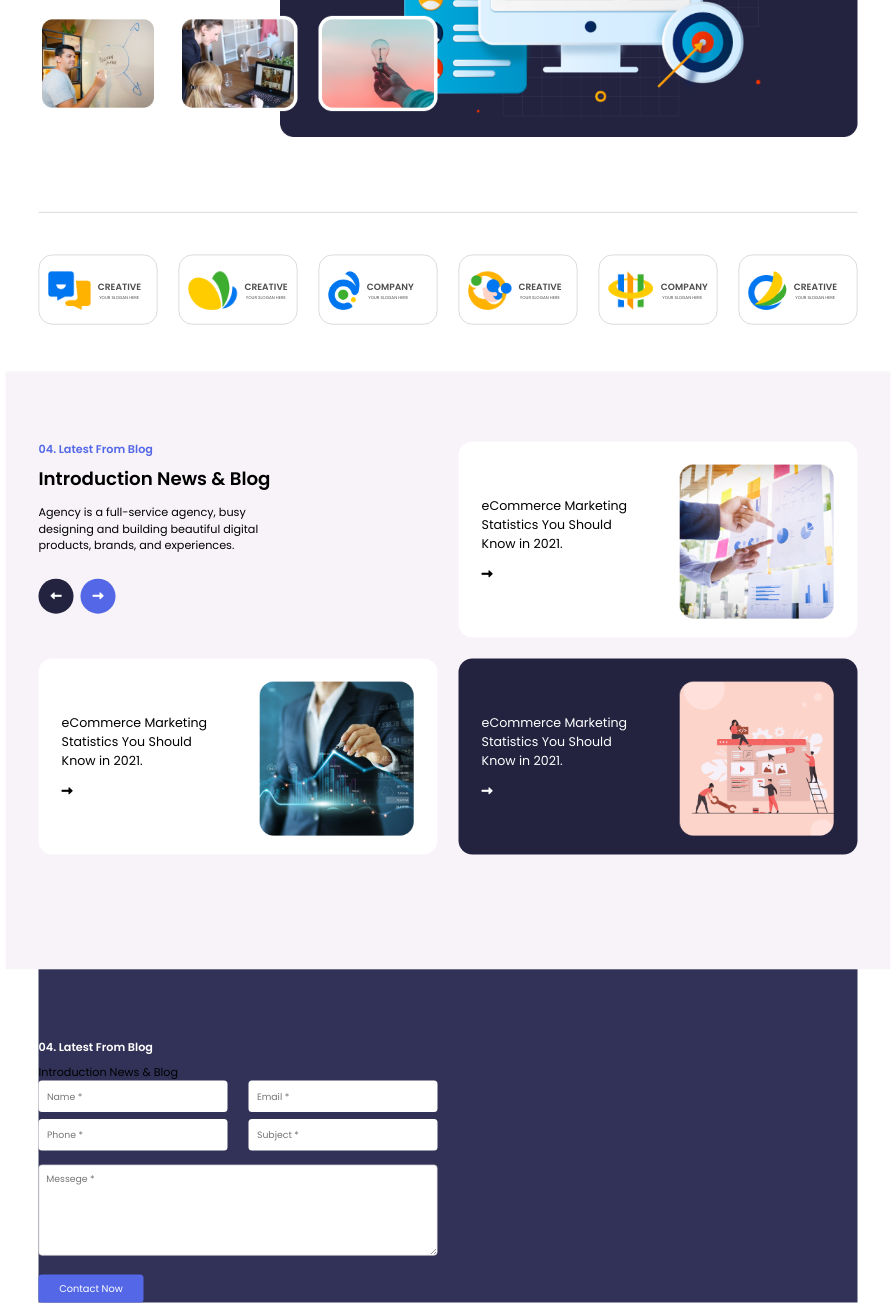
Repository: tranchi0120/LangdingPage-Htmlcss-Ago
Page: index.html
These files come from the project's save history. The page is drawn as it stood at one moment and after the next save; the edit follows.
The browser window is 1280 px wide. The pictures show the part of the page from y = 2964 to 4884 px (the page is 4833 px tall before and 4884 px after), at 70% of full size.
Some web libraries are served in a nearby version. The style sheet was rebuilt from its Sass, Less or Tailwind sources for each picture, by a compiler version that may differ from the author's.

Above is the page before, as saved 2022-07-15 10:33:33.

### index.html
<!DOCTYPE html>
<html lang="en">

<head>
    <meta charset="UTF-8" />
    <meta http-equiv="X-UA-Compatible" content="IE=edge" />
    <meta name="viewport" content="width=device-width, initial-scale=1.0" />
    <title>Ago</title>
    <!-- css -->
    <link rel="stylesheet" href="./css/app.css" />
    <!-- google font  -->
    <link rel="preconnect" href="https://fonts.googleapis.com" />
    <link rel="preconnect" href="https://fonts.gstatic.com" crossorigin />
    <link href="https://fonts.googleapis.com/css2?family=Poppins:wght@400;600&display=swap" rel="stylesheet" />
    <!-- google icon awaresome -->
    <link rel="stylesheet" href="https://cdnjs.cloudflare.com/ajax/libs/font-awesome/6.1.1/css/all.min.css">
    <!-- sass ./sass/app.scss ./css/app.css --watch -->
</head>

<body>
    <header class="header">
        <div class="header-top container">
            <span class="header-top-title">
                Welcome to Ago! Building Creative Business Agency
            </span>
            <div class="header-top-right">
                <div class="header-login">
                    <i class="fa-solid fa-user"></i>
                    <a href="#!" style="color:#666666">Login</a>
                </div>
                <div class="header-nation">
                    <i class="fa-solid fa-globe"></i>
                    <span class="header-language">English</span>
                    <i class="fa-solid fa-angle-down"></i>
                </div>
            </div>
        </div>
        <div class="header-line">
        </div>
        <div class="header-under container">
            <div class="header-under-logo">
                <div class="header-under-image">
                    <img class="header-under-img" src="./images/logo.png" alt="#">
                </div>
                <span class="header-under-name">Ago</span>
            </div>
            <div class="header-menu">
                <ul class="menu">
                    <li class="menu-item">
                        <a href="#" class="menu-link">Home</a>
                    </li>
                    <li class="menu-item">
                        <a href="#" class="menu-link">Features</a>
                        <i class="fa-solid fa-angle-down"></i>
                    </li>
                    <li class="menu-item">
                        <a href="#" class="menu-link">Services</a>
                    </li>
                    <li class="menu-item">
                        <a href="#" class="menu-link">Pages</a>
                    </li>
                    <li class="menu-item">
                        <a href="#" class="menu-link">Blog</a>
                    </li>
                    <li class="menu-item">
                        <a href="#" class="menu-link">Support</a>
                    </li>
                </ul>
                <div class="menu-button">
                    <i class="fa-solid fa-magnifying-glass menu-icon"></i>
                    <div class="button">Contact Us</div>
                </div>
            </div>
        </div>
    </header>
    <main>
        <section class="hero">
            <div class="container">
                <div class="hero-main">
                    <div class="hero-left">
                        <div class="hero-title">
                            Trusted Professional Service.
                        </div>
                        <span class="hero-content">
                            Ago is a full-service agency, busy designing and building beautiful digital products,
                            brands, and
                            experiences.
                        </span>
                        <div class="hero-button">
                            <div class="button">Recent Work</div>
                        </div>
                        <div class="hero-down">
                            <div class="hero-icondown">
                                <i style="color:#ffffff ;" class="fa-solid fa-arrow-down"></i>
                            </div>
                            <p class="hero-scroll">
                                Scroll Down
                            </p>
                        </div>
                    </div>
                    <div class="hero-right">
                        <img src="./images/hero.png" alt="#">
                    </div>
                </div>
            </div>
        </section>
        <section class="about">
            <div class="container">
                <div class="about-main">
                    <div class="about-images">
                        <img src="./images/about1.png" alt="#" class="about-img1">
                        <img src="./images/about2.png" alt="#" class="about-img2">
                        <img src="./images/about3.png" alt="#" class="about-img3">
                    </div>
                    <div class="about-us">
                        <h5 class="about-number">
                            01. About Us
                        </h5>
                        <div class="about-title">
                            We Make Designs that Lead and Inpire.
                        </div>
                        <div class="about-name">
                            A design team building a created
                            marketplace for UI designers.
                        </div>
                        <div class="about-content">
                            2,360 curated design resources to energize your creative workflow. We're a growing family of
                            682,268 designers and makers from around the world
                        </div>
                        <div class="menu-button">
                            <div class="button">Contact Us</div>
                        </div>
                    </div>
                </div>
            </div>
        </section>
        <section class="interactive">
            <div class="container">
                <div class="interactive-main">
                    <h5 class="interactive-number">
                        02. What We Do
                    </h5>
                    <div class="interactive-title">
                        <span class="interactive-name">
                            We Make Designs that Lead and Inpire.
                        </span>
                        <i class="fa-solid fa-left-long interactive-iconleft"></i>
                        <i class="fa-solid fa-right-long"></i>
                    </div>
                    <div class="interactive-group">
                        <div class="interactive-box">
                            <div class="row-circle">
                                <img class="row-img" src="./images/row1.png" alt="#">
                                <h2 class="row-number">
                                    26k
                                </h2>
                                <span class="row-title">
                                    Happy Clients
                                </span>
                            </div>
                            <div class="row-circle2">
                                <img class="row-img" src="./images/row2.png" alt="#">
                                <h2 class="row-number2">
                                    76k
                                </h2>
                                <span class="row-title2">
                                    Project Done
                                </span>
                                <span class="row-content2">
                                    Lorem ipsum dolor sit amet, consectetur adipiscing elit. Mauris sapien egestas augue
                                    enim amet scelerisque.
                                </span>
                            </div>
                            <div class="row-circle">
                                <img class="row-img" src="./images/row3.png" alt="#">
                                <h2 class="row-number">
                                    20k
                                </h2>
                                <span class="row-title">
                                    AWARDS WON
                                </span>
                            </div>
                            <div class="row-circle">
                                <img class="row-img" src="./images/row4.png" alt="#">
                                <h2 class="row-number">
                                    20k
                                </h2>
                                <span class="row-title">
                                    DAILY DATA INPUT
                                </span>
                            </div>
                        </div>
                    </div>
                </div>
            </div>
        </section>
        <section class="service">
            <div class="container">
                <h5 class="service-number">
                    03. Our Services
                </h5>
                <div class="service-title">
                    <span class="service-name">
                        Welcome to Our Professional Service
                    </span>
                </div>
                <div class="service-main">
                    <div class="service-left">
                        <h2 class="service-left-title">
                            Professional Website
                            Design Consulting
                        </h2>
                        <p class="service-left-content">
                            Agency is a full-service agency, busy designing and building beautiful digital products,
                            brands, and experiences.
                        </p>
                        <div class="menu-button">
                            <div class="button">View Detail</div>
                        </div>
                        <div class="service-left-images">
                            <img src="./images/service1.png" alt="#" class="service-left-img">
                            <img src="./images/service2.png" alt="#" class="service-left-img">
                            <img src="./images/service3.png" alt="#" class="service-left-img">
                        </div>
                    </div>
                    <div class="service-right">
                        <img src="./images/service4.png" alt="#" class="service-right-img">
                    </div>
                </div>
                <div class="service-bottom">
                    <div class="service-box">
                        <div class="service-box-imgs">
                            <img src="./images/logo1.png" alt="#" class="service-box-img">
                        </div>
                        <div class="service-box-text">
                            <h2 class="service-box-title">CREATIVE</h2>
                            <p class="service-box-slogan">YOUR SLOGAN HERE</p>
                        </div>
                    </div>
                    <div class="service-box">
                        <div class="service-box-imgs">
                            <img src="./images/logo2.png" alt="#" class="service-box-img">
                        </div>
                        <div class="service-box-text">
                            <h2 class="service-box-title">CREATIVE</h2>
                            <p class="service-box-slogan">YOUR SLOGAN HERE</p>
                        </div>
                    </div>
                    <div class="service-box">
                        <div class="service-box-imgs">
                            <img src="./images/logo3.png" alt="#" class="service-box-img">
                        </div>
                        <div class="service-box-text">
                            <h2 class="service-box-title">COMPANY</h2>
                            <p class="service-box-slogan">YOUR SLOGAN HERE</p>
                        </div>
                    </div>
                    <div class="service-box">
                        <div class="service-box-imgs">
                            <img src="./images/logo4.png" alt="#" class="service-box-img">
                        </div>
                        <div class="service-box-text">
                            <h2 class="service-box-title">CREATIVE</h2>
                            <p class="service-box-slogan">YOUR SLOGAN HERE</p>
                        </div>
                    </div>
                    <div class="service-box">
                        <div class="service-box-imgs">
                            <img src="./images/logo5.png" alt="#" class="service-box-img">
                        </div>
                        <div class="service-box-text">
                            <h2 class="service-box-title">COMPANY</h2>
                            <p class="service-box-slogan">YOUR SLOGAN HERE</p>
                        </div>
                    </div>
                    <div class="service-box">
                        <div class="service-box-imgs">
                            <img src="./images/logo6.png" alt="#" class="service-box-img">
                        </div>
                        <div class="service-box-text">
                            <h2 class="service-box-title">CREATIVE</h2>
                            <p class="service-box-slogan">YOUR SLOGAN HERE</p>
                        </div>
                    </div>
                </div>
            </div>
        </section>
        <section class="latest">
            <div class="container">
                <div class="latest-main">
                    <div class="latest-group">
                        <h5 class="latest-number">
                            04. Latest From Blog
                        </h5>
                        <span class="latest-title">
                            Introduction News & Blog
                        </span>
                        <p class="latest-content">
                            Agency is a full-service agency, busy designing and building beautiful digital products,
                            brands, and experiences.
                        </p>
                        <div class="latest-icon">
                            <div class="latest-icon-left">
                                <i class="fa-solid fa-left-long"></i>
                            </div>
                            <div class="latest-icon-right">
                                <i class="fa-solid fa-right-long"></i>
                            </div>
                        </div>
                    </div>
                    <div class="latest-groups">
                        <div class="latest-box">
                            <p class="latest-text">
                                eCommerce Marketing
                                Statistics You Should
                                Know in 2021.
                            </p>
                            <i class="fa-solid fa-right-long"></i>
                        </div>
                        <div class="latest-image">
                            <img src="./images/latest1.png" alt="#" class="latest-img">
                        </div>
                    </div>
                    <div class="latest-groups">
                        <div class="latest-box">
                            <p class="latest-text">
                                eCommerce Marketing
                                Statistics You Should
                                Know in 2021.
                            </p>
                            <i class="fa-solid fa-right-long"></i>
                        </div>
                        <div class="latest-image">
                            <img src="./images/latest2.png" alt="#" class="latest-img">
                        </div>
                    </div>
                    <div class="latest-groups3">
                        <div class="latest-box3">
                            <p class="latest-text3">
                                eCommerce Marketing
                                Statistics You Should
                                Know in 2021.
                            </p>
                            <i class="fa-solid fa-right-long"></i>
                        </div>
                        <div class="latest-image">
                            <img src="./images/latest3.png" alt="#" class="latest-img">
                        </div>
                    </div>
                </div>
            </div>
        </section>
        <section class="contact">
            <div class="container">
                <!-- <img class="contact-background" src="./images/background.png" alt="#"> -->
                <div class="contact-main">

                    <h5 class="contact-number">
                        04. Latest From Blog
                    </h5>
                    <span class="contact-left-title">
                        Introduction News & Blog
                    </span>
                    <div class="contact-import">
                        <input class="contact-input" type="text" placeholder="Name *">
                        <input class="contact-input" type="text" placeholder="Email *">
                        <input class="contact-input" type="text" placeholder="Phone *">
                        <input class="contact-input" type="text" placeholder="Subject *">
                    </div>
                    <textarea class="contact-textarea" name="text" id="#" cols="30" rows="10"
                        placeholder="Messege *"></textarea>
                    <div class="menu-button">
                        <div class="button">Contact Now</div>
                    </div>
                </div>
            </div>
        </section>
    </main>
    <footer>
    </footer>
</body>

</html>

### sass/app.scss
@import "global";
@import "header";
@import "menu";
@import "variable";
@import "hero";
@import "about";
@import "interactive";
@import "row";
@import "service";
@import "latest";
@import "contact";

### sass/_global.scss
.container {
    max-width: 1170px;
    margin: 0 auto;
}
.body {
    background: #ffffff;
}
* {
    box-sizing: border-box;
    font-family: "Poppins", sans-serif;
}
a {
    text-decoration: none;
}
ul {
    list-style-type: none !important;
}
.button {
    border: none;
    padding: auto;
    width: 150px;
    background: #5468e7;
    height: 40px;
    text-align: center;
    justify-content: center;
    padding: 7px;
    border-radius: 5px;
    color: white;
    font-size: 14px;
    line-height: 21px;
    padding: 10px;
}

### sass/_header.scss
.header {
    &-top {
        max-width: 1170px;
        margin: 0 auto;
        color: #666666;
        display: flex;
        justify-content: space-between;
        align-items: center;
        padding: 10px;
        &-right {
            display: flex;
            gap: 20px;
        }
    }
    &-line {
        width: 100%;
        height: 1px;
        background-color: #c7c2c2;
    }
    &-under {
        height: 96px;
        display: flex;
        gap: 0 85px;
        align-items: center;
        &-logo {
            display: flex;
        }
        &-image {
            width: 52.5px;
            height: 60px;
        }
        &-img {
            width: 100%;
        }
        &-name {
            padding: 10px;
            line-height: 39px;
            font-weight: 600;
            font-size: 26px;
            color: #000000;
        }
    }
    &-menu {
        gap: 195px;
        display: flex;
    }
}

### sass/_menu.scss
.menu {
    height: 24px;
    width: 550px;
    display: flex;
    justify-content: space-between;
    align-items: center;
    // gap: 40px;
    &-button {
        display: flex;
        gap: 29px;
    }
    &-icon {
        width: 18px;
        display: inline-block;
        padding-top: 15px;
        color: #666666;
    }

    &-link {
        color: #000000;
        font-weight: 400;
        font-size: 16px;
        line-height: 24px;
    }
}

### sass/_variable.scss
$font: "Poppins", sans-serif;
$color1: #232340;
$color2: #323259;
$color-btn: #5468e7;
$black: #222222;
$white: #ffffff;

### sass/_hero.scss
.hero {
    height: 800px;
    margin-top: 55px;
    &-main {
        display: flex;

        align-items: center;
    }
    &-title {
        width: 260px;
        line-height: 60px;
        font-weight: 600;
        font-size: 40px;
        margin-bottom: 23px;
    }
    &-content {
        height: 46px;
        width: 317px;
        font-weight: 400;
        font-size: 16px;
        display: inline-block;
        margin-bottom: 60px;
        margin-right: 147px;
    }
    &-down {
        margin-top: 114px;
        display: flex;
        gap: 9px;
    }
    &-icondown {
        border-radius: 50%;
        width: 45px;
        height: 45px;
        text-align: center;
        padding: 13px;
        background: #c897e4;
    }
}

### sass/_interactive.scss
.interactive {
    background: #f7f3f8;
    height: 752px;
    &-number {
        margin-bottom: 10px;
        margin-top: 100px;
        display: inline-block;
        color: #5468e7;
        font-size: 16px;
        line-height: 24px;
        font-weight: 600;
    }
    &-name {
        display: inline-block;
        line-height: 39px;
        font-size: 26px;
        font-weight: 600;
        margin-bottom: 75px;
    }
    &-iconleft {
        margin-right: 19px;
        margin-left: 594px;
    }
    &-box {
        max-height: 360px;
        background: white;
        display: grid;
        grid-template-columns: repeat(4, 1fr) !important;
        border-radius: 30px;
    }
}

### sass/_row.scss
.row {
    &-img {
        padding: 45px 85px 15px 105px;
    }
    &-number {
        text-align: center;
        font-size: 40px;
        line-height: 60px;
        font-weight: 600;
    }
    &-title {
        font-size: 20px;
        line-height: 30px;
        font-weight: 600;
        display: block;
        text-align: center;
    }
    &-content {
        display: block;
        font-size: 12px;
        line-height: 18px;
        text-align: center;
    }
    &-circle2 {
        color: white;
        margin-top: -40px;
        height: 440px;
        background: #5468e7;
        border-radius: 30px;
    }
    &-number2 {
        text-align: center;
        font-size: 40px;
        line-height: 60px;
        font-weight: 600;
    }
    &-title2 {
        font-size: 20px;
        line-height: 30px;
        font-weight: 600;
        display: block;
        text-align: center;
    }
    &-content2 {
        margin-top: 12px;
        display: block;
        font-size: 12px;
        line-height: 18px;
        text-align: center;
    }
}

Loaded but not shown: sass/_service.scss (94 lines, source omitted); sass/_latest.scss (87 lines, source omitted); sass/_contact.scss (56 lines, source omitted); sass/_about.scss (57 lines, source omitted)

After the next save:
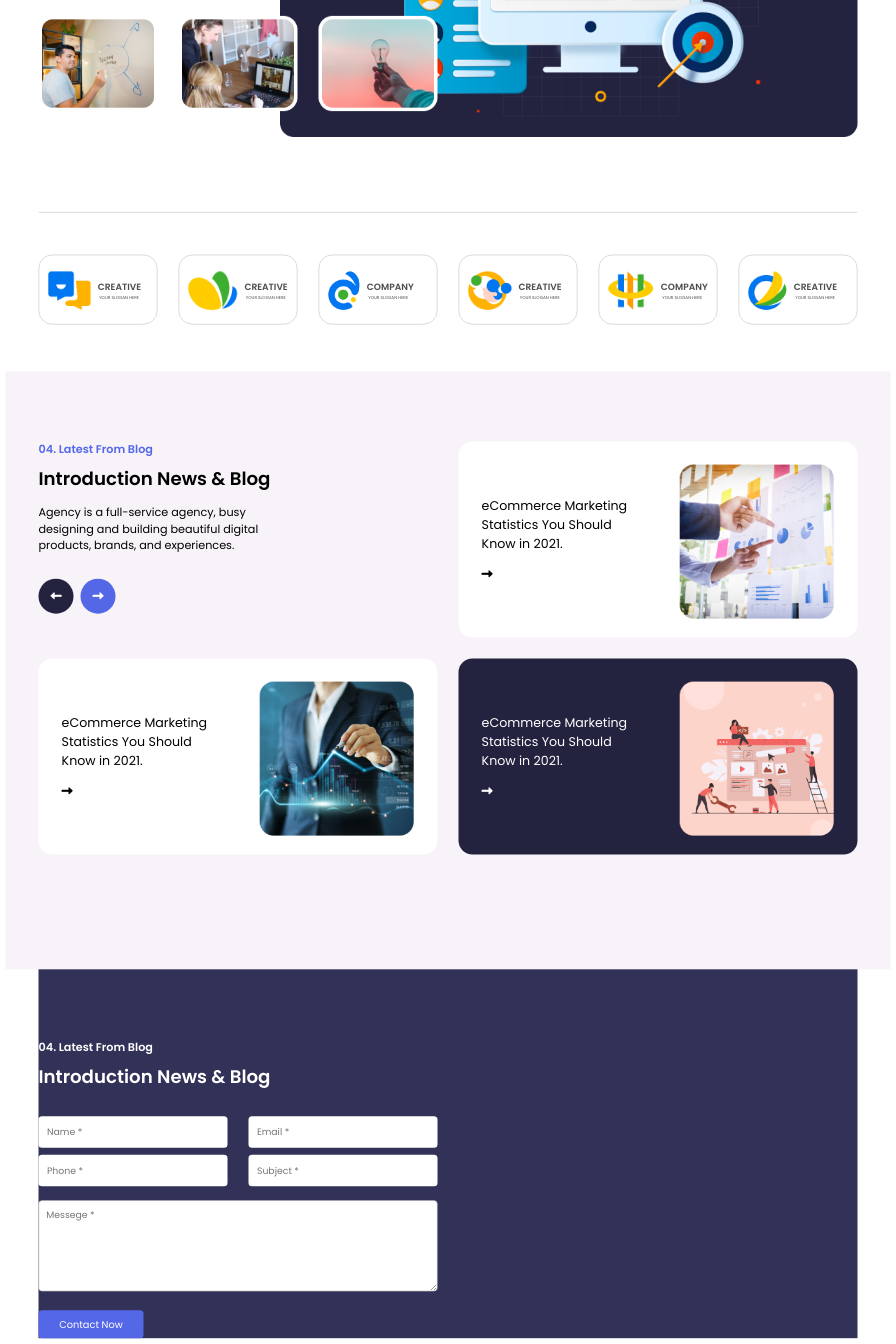
Saved 18 s later.
--- a/index.html
+++ b/index.html
@@ -358,7 +358,7 @@
                     <h5 class="contact-number">
                         04. Latest From Blog
                     </h5>
-                    <span class="contact-left-title">
+                    <span class="contact-title">
                         Introduction News & Blog
                     </span>
                     <div class="contact-import">
